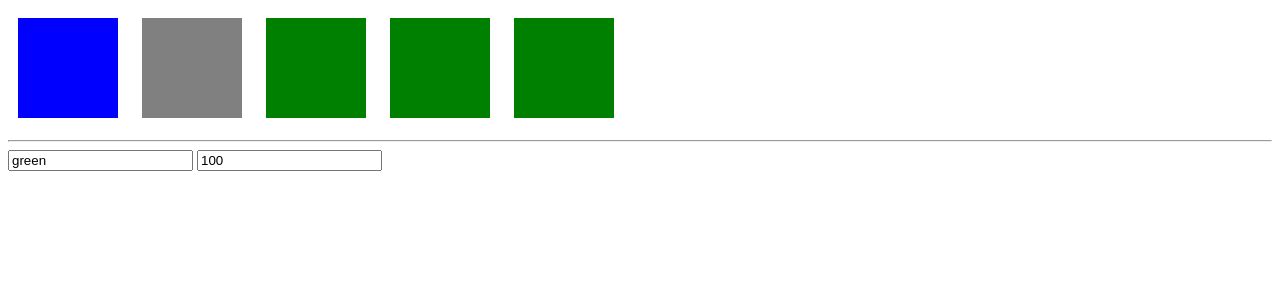
Repository: wojkos/Learn
Page: Vue/index6.html
The author's editor kept a copy of each file at every save. The page is drawn from the files as they stood at one save, then again after the next save.
The browser window is 1280 px wide. The pictures show the whole page.

Above is the page before, as saved 2018-04-10 23:05:48.

After the next save:
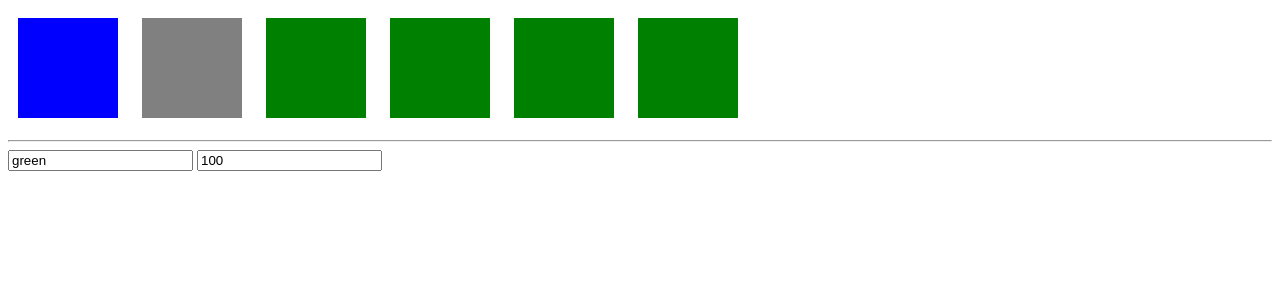
Saved 2 min 50 s later.
--- a/Vue/index6.html
+++ b/Vue/index6.html
@@ -36,6 +36,7 @@
         <div class="demo" :class="[color, {red: attachRed}]"></div>
         <div class="demo" :style="{backgroundColor: color}"></div>
         <div class="demo" :style="myStyle"></div>
+        <div class="demo" :style="[myStyle, {height: width + 'px'}]"></div>
         <hr>
         <input type="text" v-model="color">
         <input type="text" v-model="width">
